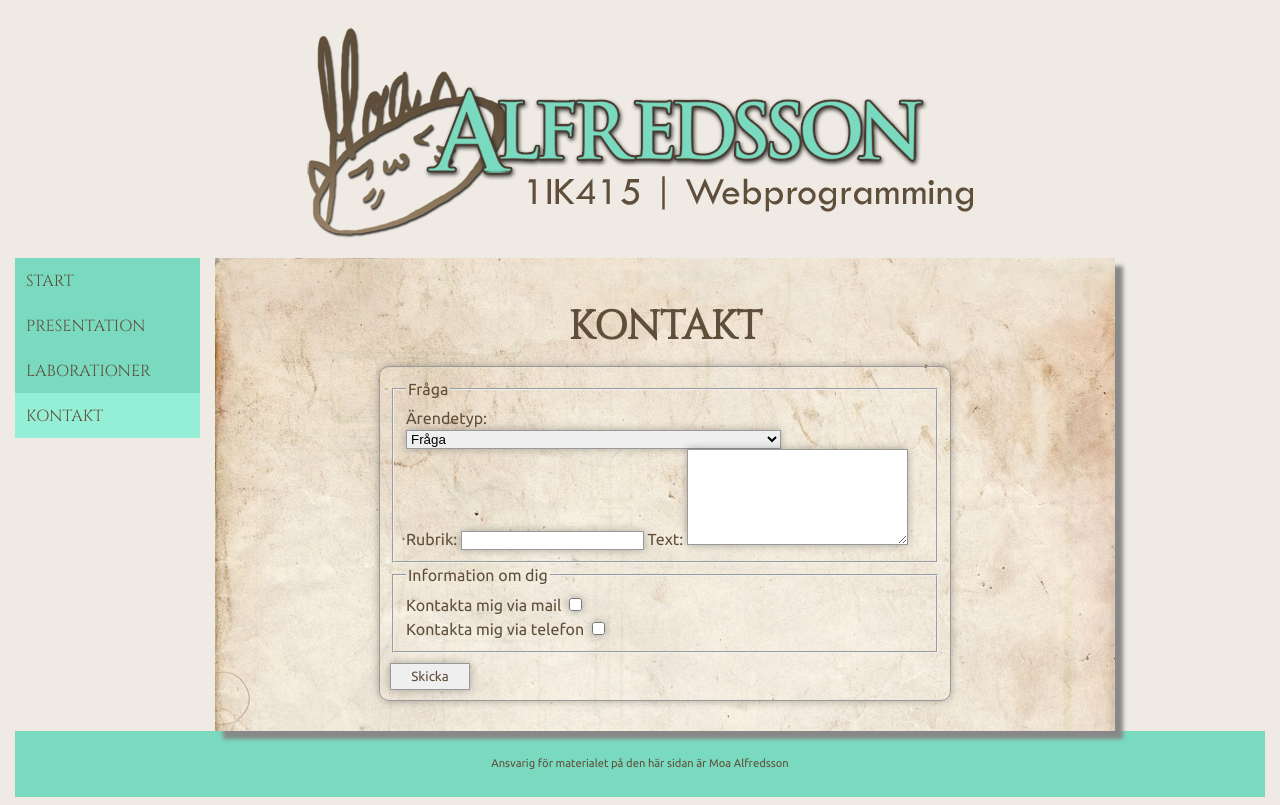
Repository: ma223md/1ik415
Page: pages/kontakt.html
The author's editor kept a record of every edit. The page is drawn from the files as they stood at one moment, then again after the next edit.
The browser window is 1280 px wide. The pictures show the whole page.

Above is the page before.

After the next edit:
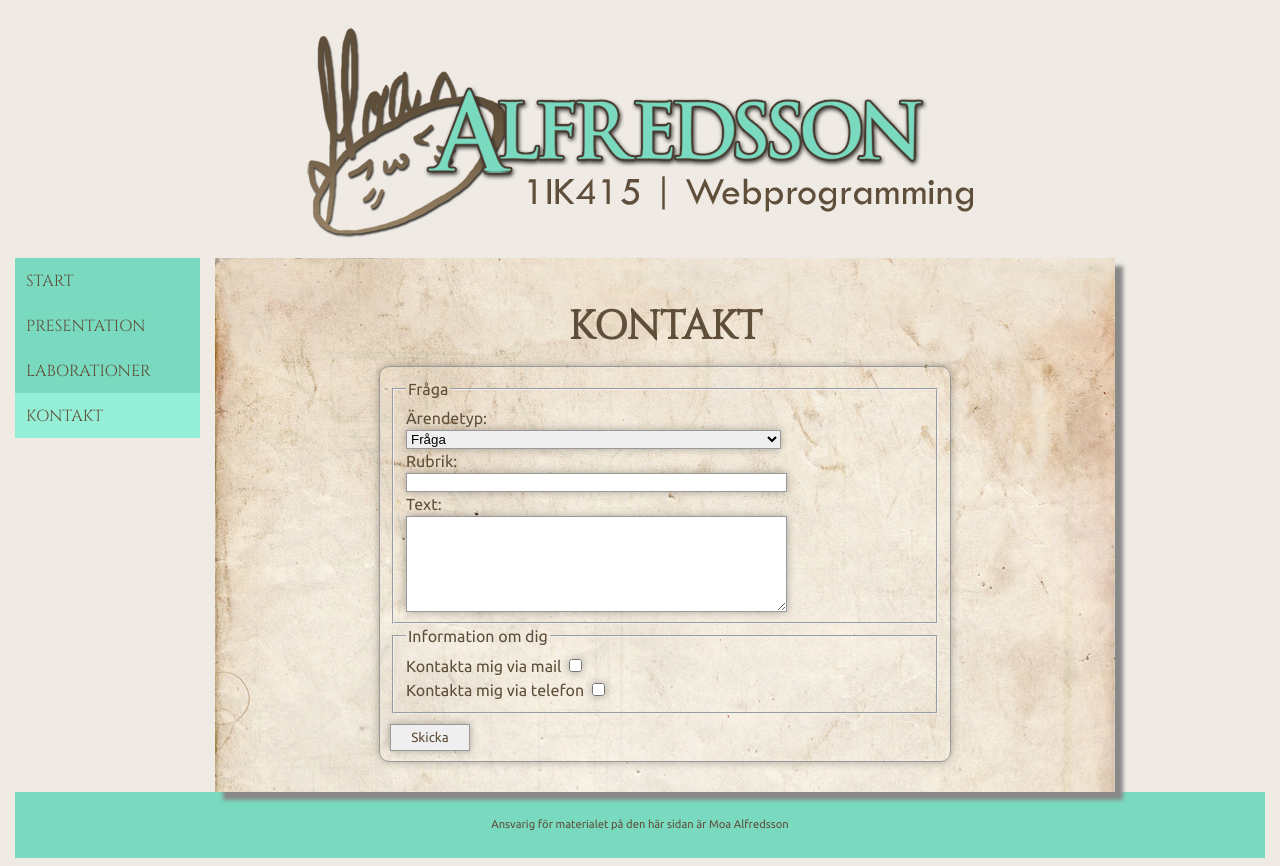
The edit:
--- a/pages/kontakt.html
+++ b/pages/kontakt.html
@@ -31,8 +31,8 @@
                             <option value="greeting">Hälsning</option>
                             <option value="other">Övrigt</option>
                         </select>
-                        <span>Rubrik:</span> <input type="text" name="headline" class="test">
-                        <span>Text:</span> <textarea  name="comments" cols="25" rows="6" class="test"></textarea>
+                        <span>Rubrik:</span> <input type="text" name="headline" class="fillIn">
+                        <span>Text:</span> <textarea  name="comments" cols="25" rows="6" class="fillIn"></textarea>
                     </fieldset>
                     <fieldset>
                         <legend>Information om dig</legend>
